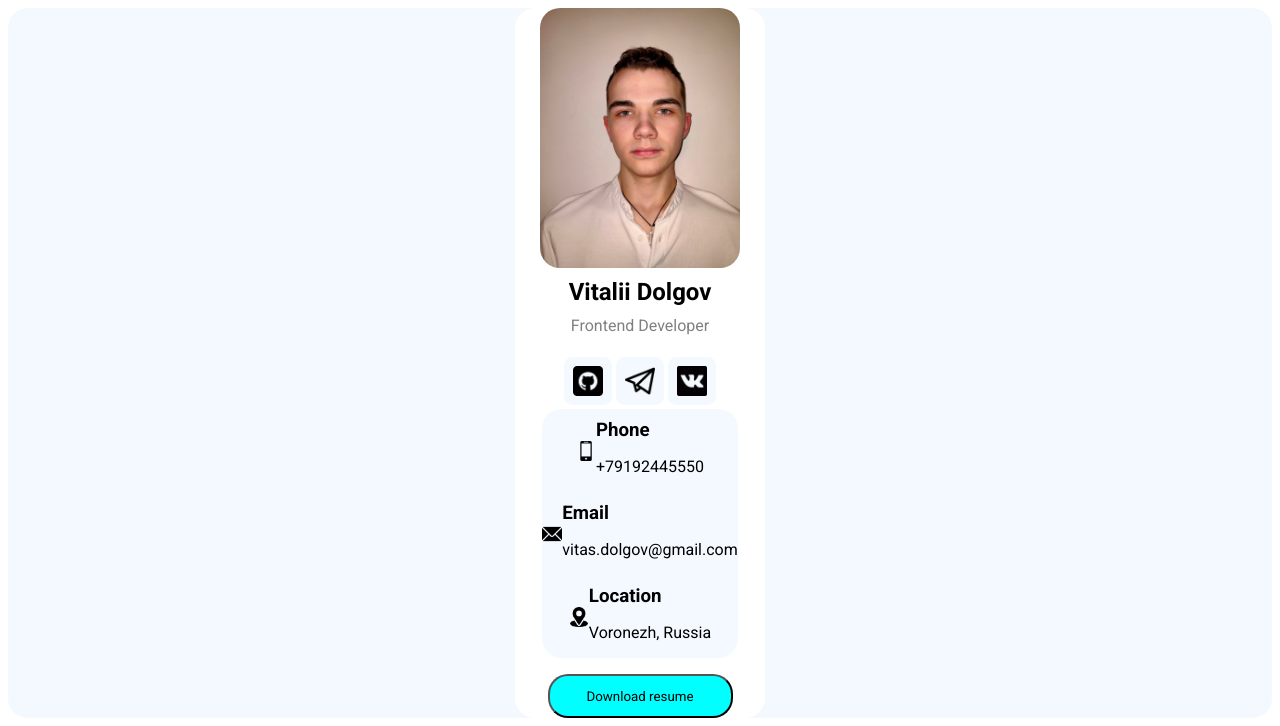
Repository: VitasYo/User_card
Page: src/index.html
An editor plug-in stored every save of this project. The page is shown before and after the next save, followed by the edit.
The browser window is 1280 px wide. The pictures show the whole page.

Above is the page before, as saved 2024-04-09 23:08:44.

After the next save:
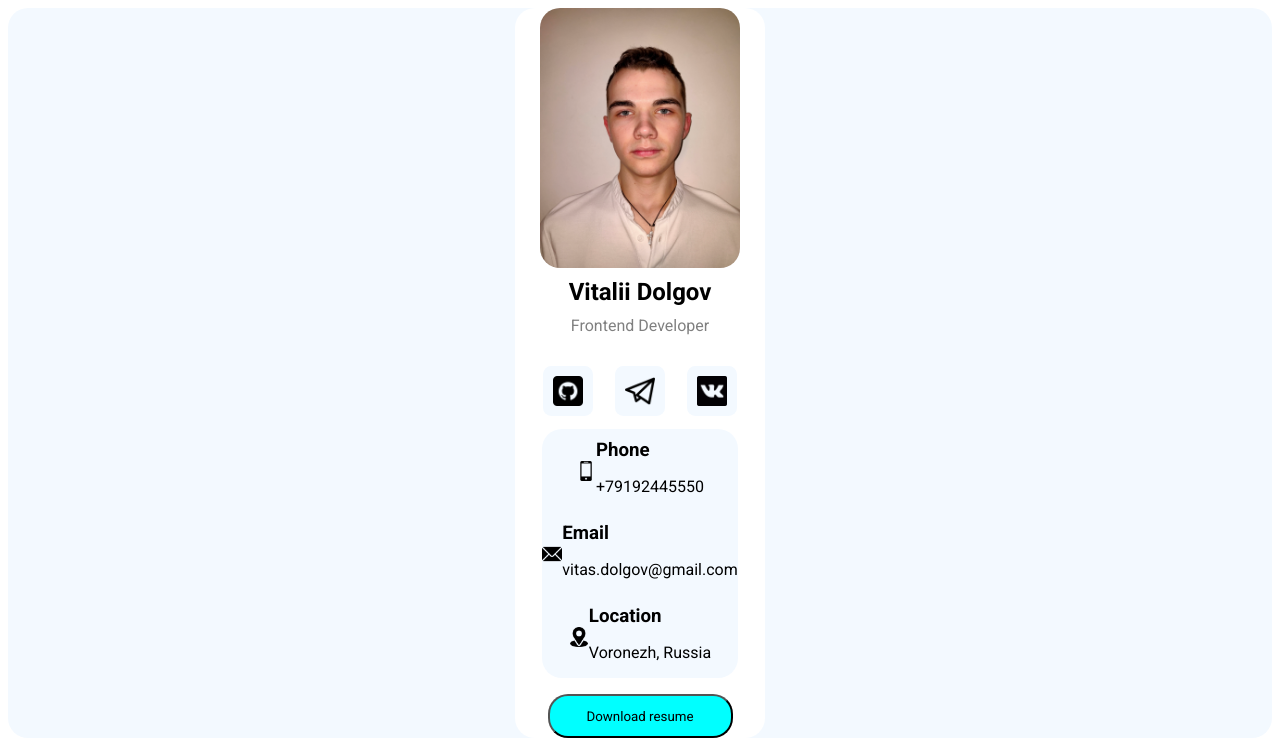
Saved 7 s later.
--- a/assets/css/index.css
+++ b/assets/css/index.css
@@ -54,7 +54,7 @@
   padding: 10px;
   background-color: rgb(243, 249, 255);
   border-radius: 8.27px;
-  padding: 9.1px;
+  margin: 9.1px;
 }
 
 .card_icon {
